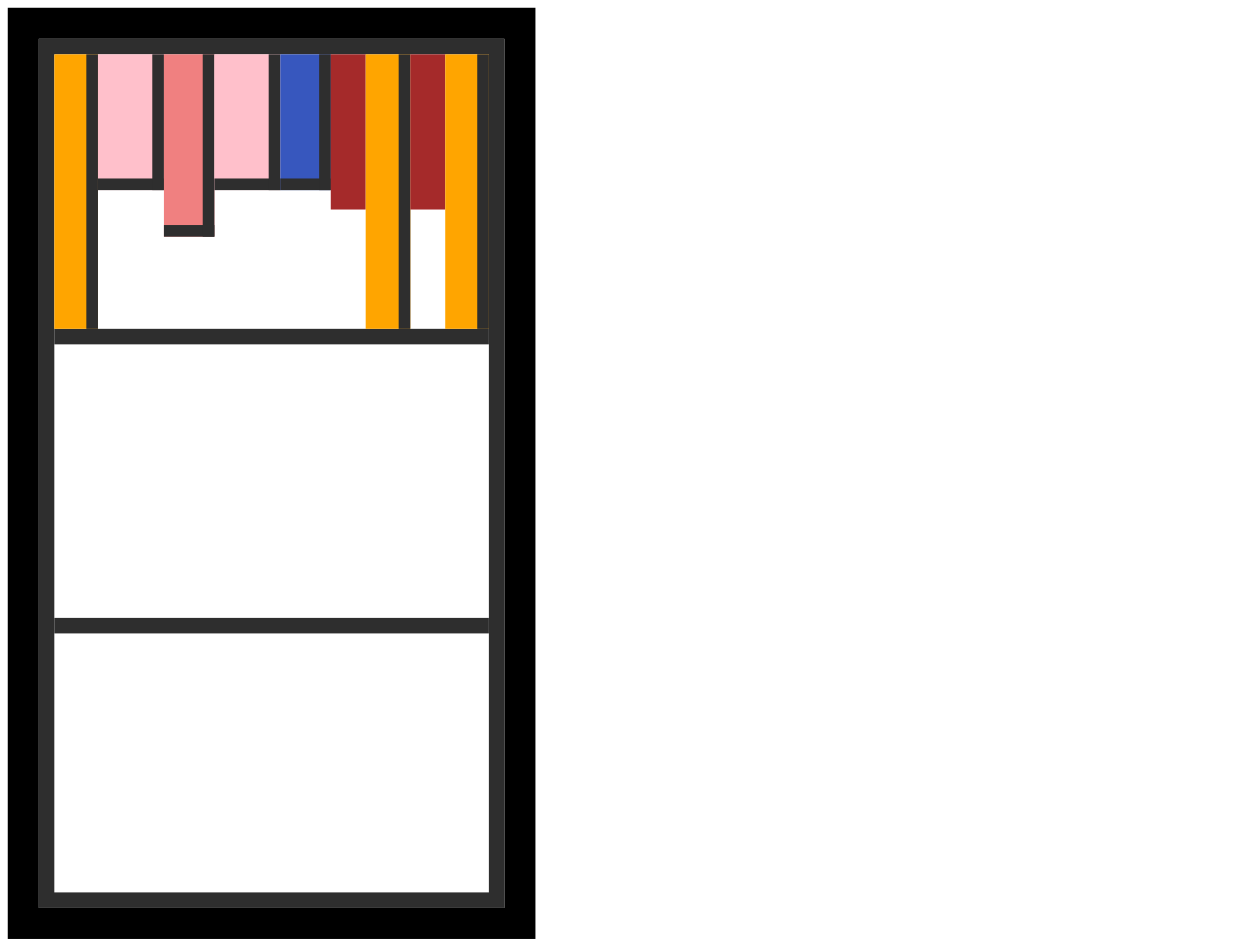
Repository: Tsardines/mondrian
Page: index.html
The author's editor kept a copy of each file at every save. The page is drawn from the files as they stood at one save, then again after the next save.
The browser window is 1280 px wide. The pictures show the whole page, at 97% of full size.
Some web fonts or font styles are not loaded; a fallback is used.

Above is the page before, as saved 2019-10-20 16:31:34.

### index.html
<!DOCTYPE html>
<html>
  <head>
    <meta charset="UTF-8">
  <meta http-equiv="X-UA-Compatible" content="IE=edge,chrome=1">
  <meta name="viewport" content="width=device-width,initial-scale=1">
    <title>title</title>
  <meta name="author" content="name">
  <meta name="description" content="description here">
  <meta name="keywords" content="keywords,here">
  <link rel="stylesheet" href="//fonts.googleapis.com/css?family=font1|font2|etc" type="text/css">
  <link rel="stylesheet" href="styles.css" type="text/css">
  </head>
  <body>

    <div id="canvas">
        <div class="grid__container">
            <div class="grid__top">
                <div class="rect--vert"></div>
                <div class="rect--hori"></div>
                <div class="sq--hori"></div>
                <div class="rect--hori"></div>
                <div class="rect--hori--mini"></div>
                <div class="sq"></div>
                <div class="rect--vert"></div>
                <div class="sq"></div>
                <div class="rect--vert"></div>

            </div>

            <div class="grid__middle">



            </div>
            <div class="grid__bottom">



            </div>
        </div>
    </div>

  </body>
</html>

### styles.css
#canvas {
    border: 2rem solid black;
    /* display: block; */
    height: 56rem;
    width: 30rem;
}

.grid__container {
    border: 1rem solid rgb(46, 46, 46);
    height: 54rem;
}

.grid__top {
    /* border: 3px solid red; */
    display: flex;
    height: 32.7%;
}

.grid__middle {
    border-bottom: 1rem solid rgb(46, 46, 46);
    border-top: 1rem solid rgb(46, 46, 46);
    height: 32.7%;
}

.grid__bottom {
    height: 32.7%;
}

.rect--vert {
    background-color: orange;
    border-right: 0.75rem solid rgb(46, 46, 46);
    height: 100%;
    width: 10rem;
}

.rect--hori {
    background-color: pink;
    border-bottom: 0.75rem solid rgb(46, 46, 46);
    border-right: 0.75rem solid rgb(46, 46, 46);
    height: 8rem;
    width: 17rem;
}

.sq--hori {
    background-color: lightcoral;
    border-bottom: 0.75rem solid rgb(46, 46, 46);
    border-right: 0.75rem solid rgb(46, 46, 46);
    height: 11rem;
    width: 12rem;
}

.rect--hori--mini {
    background-color: rgb(55, 87, 190);
    border-bottom: 0.75rem solid rgb(46, 46, 46);
    border-right: 0.75rem solid rgb(46, 46, 46);
    height: 8rem;
    width: 12rem;
}

.sq {
    background-color: brown;
    height: 10rem;
    width: 11rem;
}

After the next save:
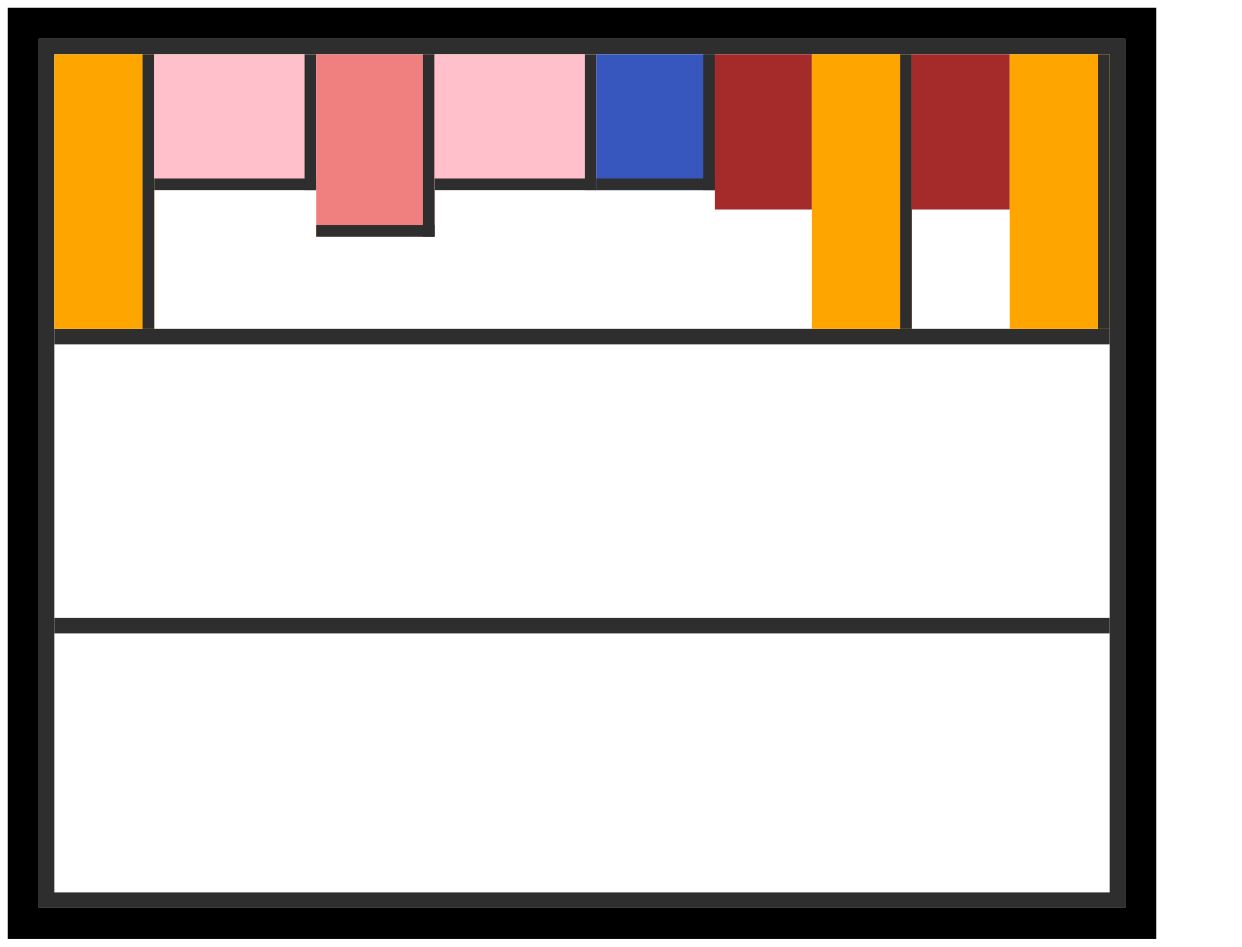
Saved 6 s later.
--- a/styles.css
+++ b/styles.css
@@ -2,7 +2,7 @@
     border: 2rem solid black;
     /* display: block; */
     height: 56rem;
-    width: 30rem;
+    width: 70rem;
 }
 
 .grid__container {
